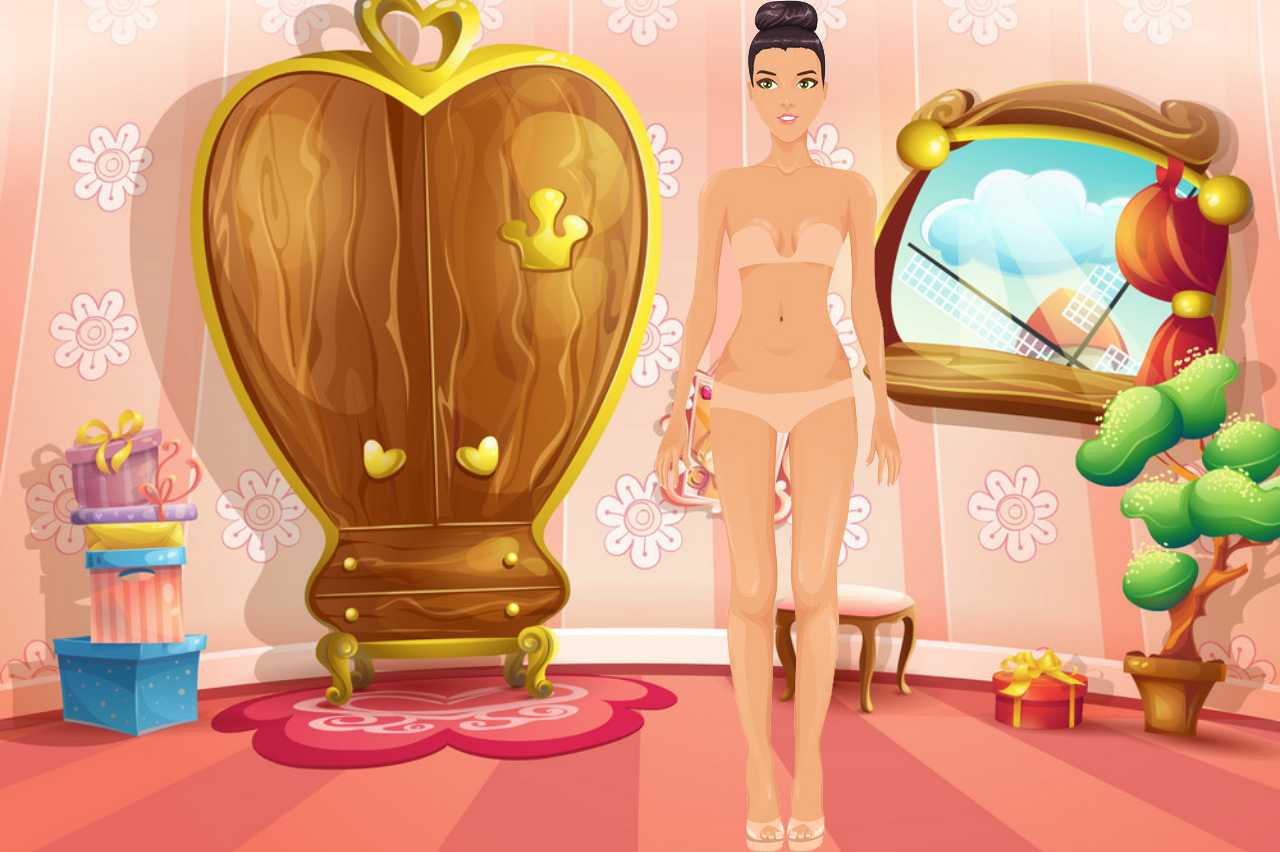
Repository: bunbubam/GameThayDoReactjs_NguyenKhacNghia
Page: /
The author's editor kept a copy of each file at every save. The page is drawn from the files as they stood at one save, then again after the next save.
The browser window is 1280 px wide. The pictures show the whole page.
The project was rebuilt for these pictures with package versions that can differ from the ones it lists, and the page was loaded fresh each time.

Above is the page before, as saved 2022-03-30 14:45:34.

After the next save:
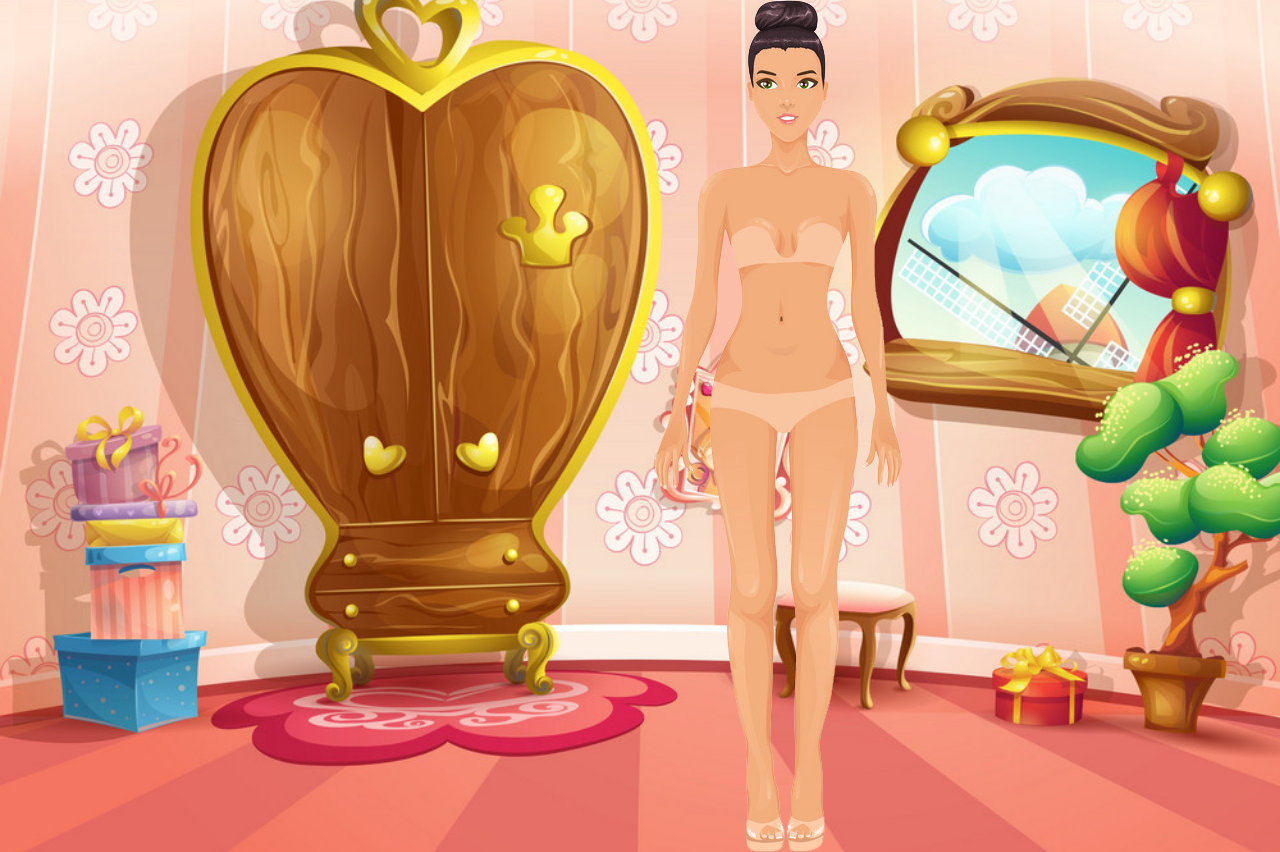
Saved 49 s later.
--- a/src/App.css
+++ b/src/App.css
@@ -1,5 +1,5 @@
 body {
     background: url(gamethaydo/images/dress-room.jpg) no-repeat;
-    background-position: 50% 50%;
+    background-position: 50% 53%;
     background-size: cover;
 }
